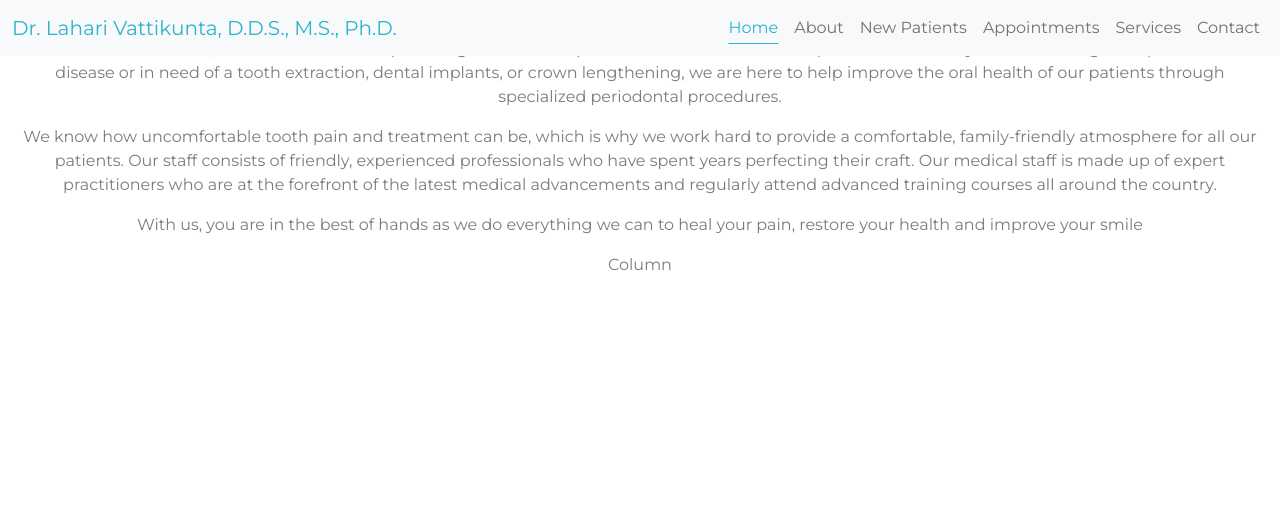
Repository: vineetha2438/baperio
Page: index.html
These files come from the project's save history. The page is drawn as it stood at one moment and after the next save; the edit follows.
The browser window is 1280 px wide. The pictures show the whole page.

Above is the page before, as saved 2022-11-13 19:13:48.

After the next save:
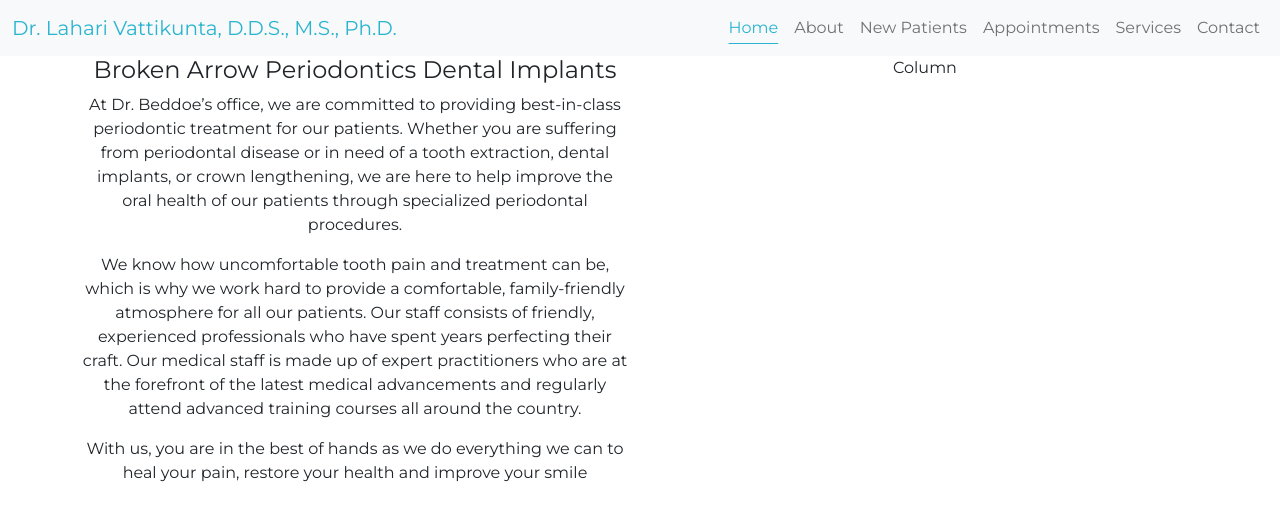
Saved 23 s later.
--- a/index.html
+++ b/index.html
@@ -51,7 +51,7 @@
   </nav>
   <div class="container text-center">
     <div class="row">
-      <div class="clinic-bg" data-image="clinic_bg.jpeg" alt="">
+      <div class="clinic-bg" data-image="clinic_bg.jpeg"></div>
       <div class="col">
         <h4>Broken Arrow Periodontics Dental Implants</h4>
         <p>At Dr. Beddoe’s office, we are committed to providing best-in-class periodontic treatment for our patients. Whether
